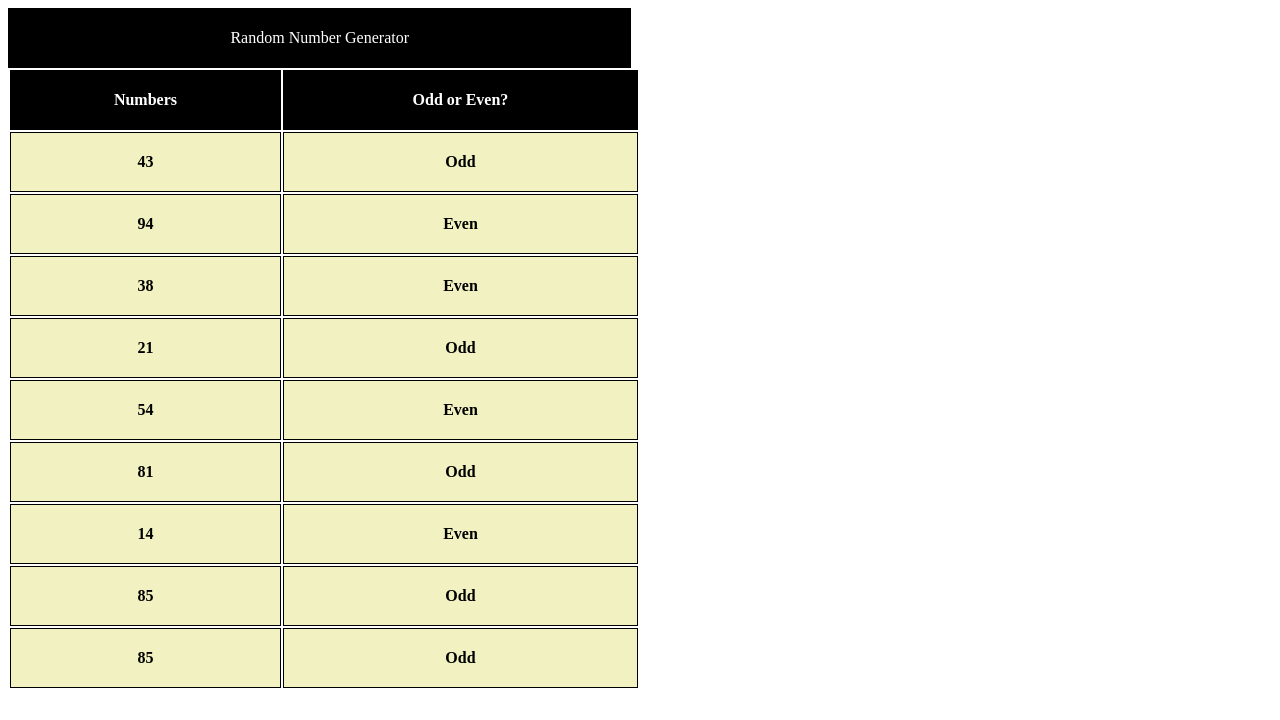
Repository: TheRealCisco/f2017CST336
Page: http://localhost/Challenge/rand.php
The author's editor kept a record of every edit. The page is drawn from the files as they stood at one moment, then again after the next edit.
The browser window is 1280 px wide. The pictures show the whole page.
The page is run by PHP 8.4 with error messages shown; the project is at /var/www/html/.

Above is the page before.

### Challenge/rand.php
<html>
    <head>
        <style>
            th{
                text-align: center;
                padding: 20px;
                border: 1px solid black;
                background-color: #f1f1c1;
            }
            header{
                text-align:center;
                padding:20px;
                border: 1px solid black;
                background-color: black;
                color:white;
            }
            #top{
                text-align:center;
                padding:20px;
                border: 1px solid black;
                background-color: black;
                color:white;
            }
        </style>
    </head>
    <header style="width:46%">
        Random Number Generator
    </header>
<body>
<table style="width:50%">
    <tr >
        <th id="top">
            Numbers
        </th>
        <th id="top">
            Odd or Even?
        </th>

    </tr>
<tr>
    <th>
        <?php
        $digits_needed=9;
        $random_number='';
        $count=0;

        while ( $count < $digits_needed ) {
            $random_digit = mt_rand(0, 100);
            $random_number .= $random_digit;
            $count++;
        }
        echo $random_digit;

    ?>
<th>
    <?php
            if ($random_digit % 2 == 0) {
            print " Even";
        }
        else
            print " Odd"
        ?>
</th>
</th>
    </tr>
<tr>
    <th>
        <?php
        $digits_needed=9;
        $random_number='';
        $count=0;

        while ( $count < $digits_needed ) {
            $random_digit = mt_rand(0, 100);
            $random_number .= $random_digit;
            $count++;
        }
        echo $random_digit;

    ?>
<th>
    <?php
            if ($random_digit % 2 == 0) {
            print " Even";
        }
        else
            print " Odd"
        ?>
</th>
</th>
    </tr>
<tr>
    <th>
        <?php
        $digits_needed=9;
        $random_number='';
        $count=0;

        while ( $count < $digits_needed ) {
            $random_digit = mt_rand(0, 100);
            $random_number .= $random_digit;
            $count++;
        }
        echo $random_digit;

    ?>
<th>
    <?php
            if ($random_digit % 2 == 0) {
            print " Even";
        }
        else
            print " Odd"
        ?>
</th>
</th>
    </tr>
<tr>
    <th>
        <?php
        $digits_needed=9;
        $random_number='';
        $count=0;

        while ( $count < $digits_needed ) {
            $random_digit = mt_rand(0, 100);
            $random_number .= $random_digit;
            $count++;
        }
        echo $random_digit;

    ?>
<th>
    <?php
            if ($random_digit % 2 == 0) {
            print " Even";
        }
        else
            print " Odd"
        ?>
</th>
</th>
    </tr>
<tr>
    <th>
        <?php
        $digits_needed=9;
        $random_number='';
        $count=0;

        while ( $count < $digits_needed ) {
            $random_digit = mt_rand(0, 100);
            $random_number .= $random_digit;
            $count++;
        }
        echo $random_digit;

    ?>
<th>
    <?php
            if ($random_digit % 2 == 0) {
            print " Even";
        }
        else
            print " Odd"
        ?>
</th>
</th>
    </tr>
<tr>
    <th>
        <?php
        $digits_needed=9;
        $random_number='';
        $count=0;

        while ( $count < $digits_needed ) {
            $random_digit = mt_rand(0, 100);
            $random_number .= $random_digit;
            $count++;
        }
        echo $random_digit;

    ?>
<th>
    <?php
            if ($random_digit % 2 == 0) {
            print " Even";
        }
        else
            print " Odd"
        ?>
</th>
</th>
    </tr>
<tr>
    <th>
        <?php
        $digits_needed=9;
        $random_number='';
        $count=0;

        while ( $count < $digits_needed ) {
            $random_digit = mt_rand(0, 100);
            $random_number .= $random_digit;
            $count++;
        }
        echo $random_digit;

    ?>
<th>
    <?php
            if ($random_digit % 2 == 0) {
            print " Even";
        }
        else
            print " Odd"
        ?>
</th>
</th>
    </tr>
<tr>
    <th>
        <?php
        $digits_needed=9;
        $random_number='';
        $count=0;

        while ( $count < $digits_needed ) {
            $random_digit = mt_rand(0, 100);
            $random_number .= $random_digit;
            $count++;
        }
        echo $random_digit;

    ?>
<th>
    <?php
            if ($random_digit % 2 == 0) {
            print " Even";
        }
        else
            print " Odd"
        ?>
</th>
</th>
    </tr>
<tr>
    <th>
        <?php
        $digits_needed=9;
        $random_number='';
        $count=0;

        while ( $count < $digits_needed ) {
            $random_digit = mt_rand(0, 100);
            $random_number .= $random_digit;
            $count++;
        }
        echo $random_digit;

    ?>
<th>
    <?php
            if ($random_digit % 2 == 0) {
            print " Even";
        }
        else
            print " Odd"
        ?>
</th>
</th>
    </tr>

</table>
</body>


</html>

After the next edit:
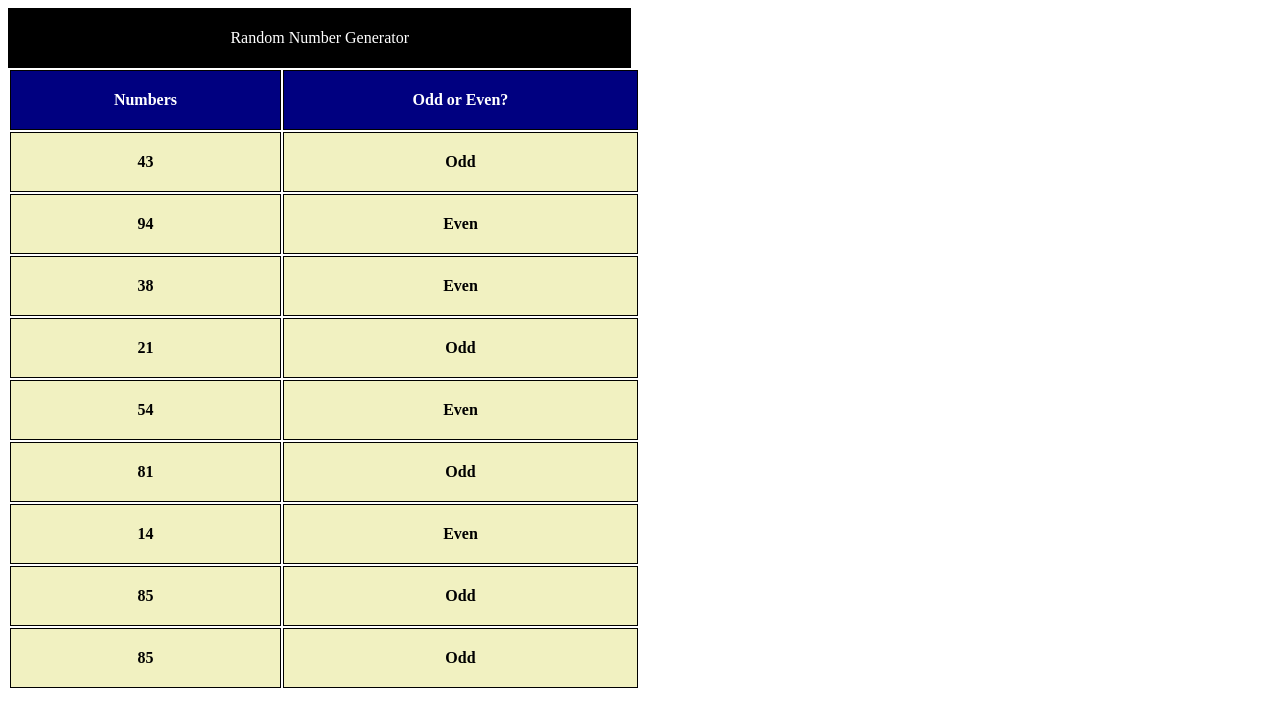
The edit:
--- a/Challenge/rand.php
+++ b/Challenge/rand.php
@@ -18,7 +18,7 @@
                 text-align:center;
                 padding:20px;
                 border: 1px solid black;
-                background-color: black;
+                background-color: navy;
                 color:white;
             }
         </style>
